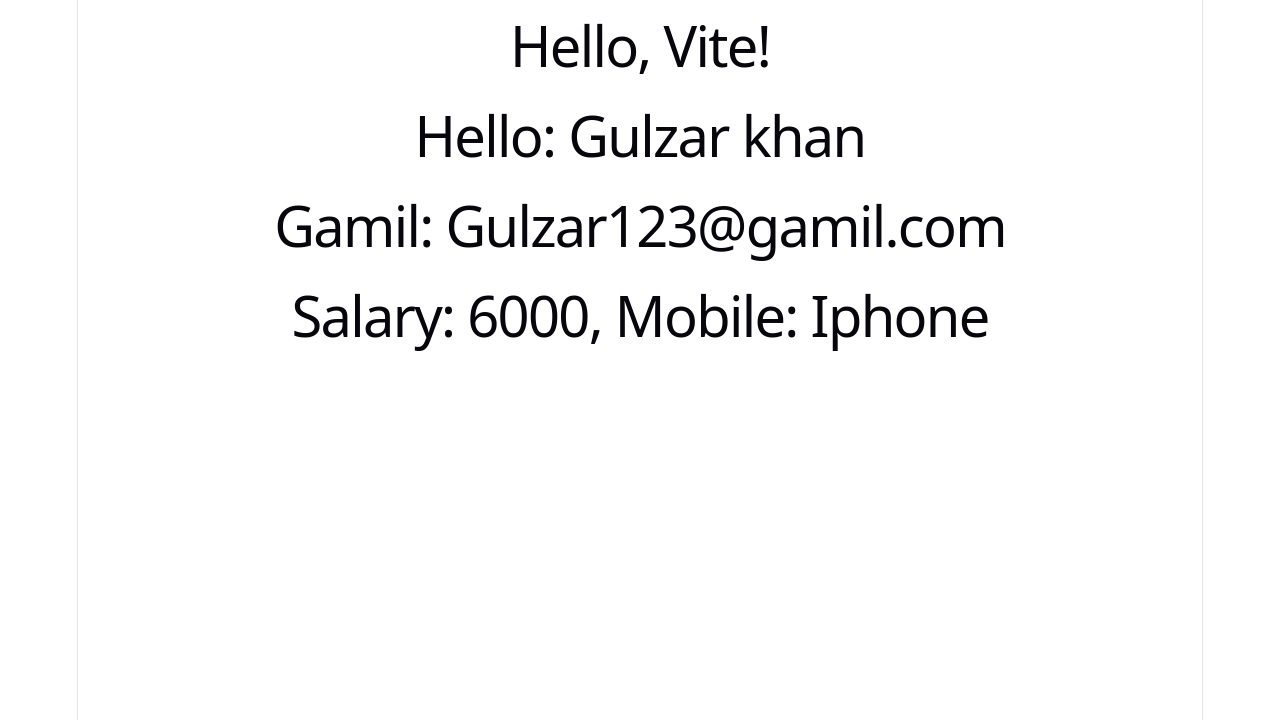
Repository: Gulzarokz/React_Course_Review
Page: / (app in vite-Project/)
An editor plug-in stored every save of this project. The page is shown before and after the next save, followed by the edit.
The browser window is 1280 px wide. The pictures show the whole page.
The project was rebuilt for these pictures with package versions that can differ from the ones it lists, and the page was loaded fresh each time. Also part of the build but not shown: vite-Project/vite.config.js, vite-Project/src/App.css, vite-Project/src/stateInFunctionalComponent.jsx.

Above is the page before, as saved 2026-04-16 23:53:12.

After the next save:
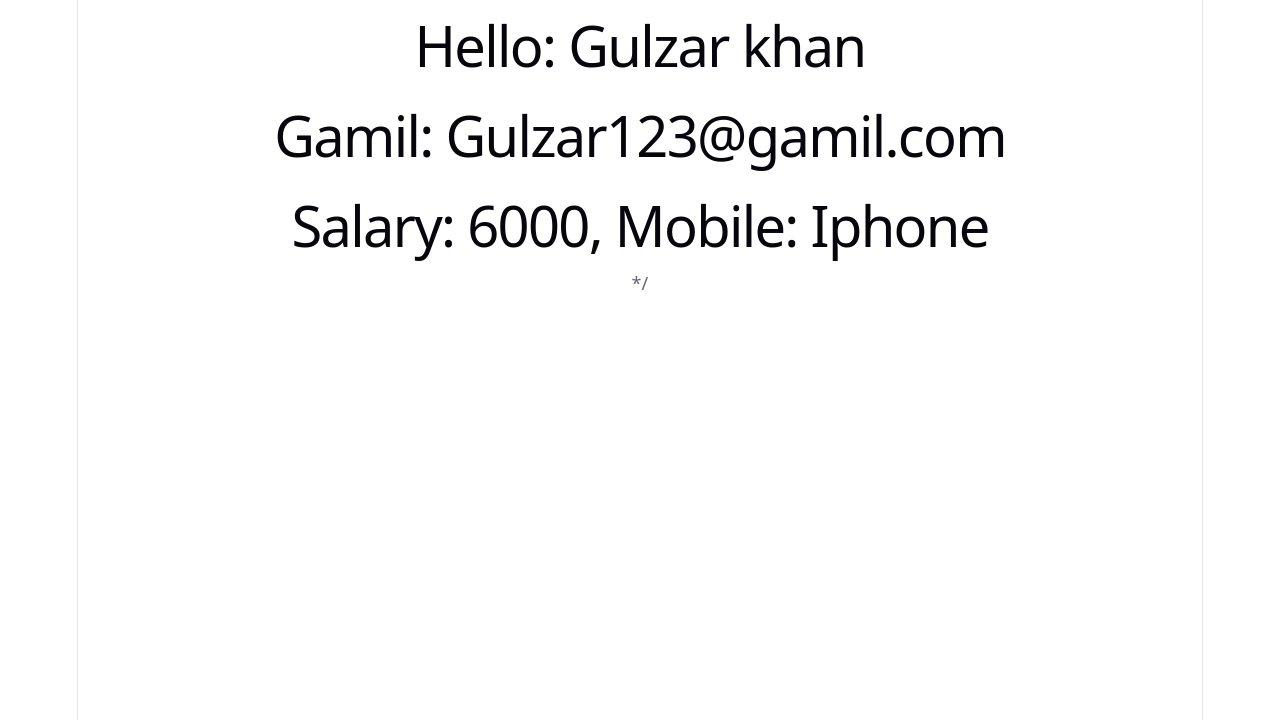
Saved 47 s later.
--- a/vite-Project/src/App.jsx
+++ b/vite-Project/src/App.jsx
@@ -1,4 +1,5 @@
 import './App.css';
+import InputFieldValue from './InputFieldValue';
 import Props from './Props';
 import StateInFunctionalComponent from './stateInFunctionalComponent';
 
@@ -6,9 +7,10 @@
 
   return (
     <>
-      <h1>Hello, Vite!</h1>
+      {/* <h1>Hello, Vite!</h1>
       {/* <StateInFunctionalComponent /> */}
-      <Props name={"Gulzar khan"} gmail={"Gulzar123@gamil.com"} info={{ salary: 6000, mobile: "Iphone" }} />
+      <Props name={"Gulzar khan"} gmail={"Gulzar123@gamil.com"} info={{ salary: 6000, mobile: "Iphone" }} /> */
+      <InputFieldValue />
 
     </>
   )
